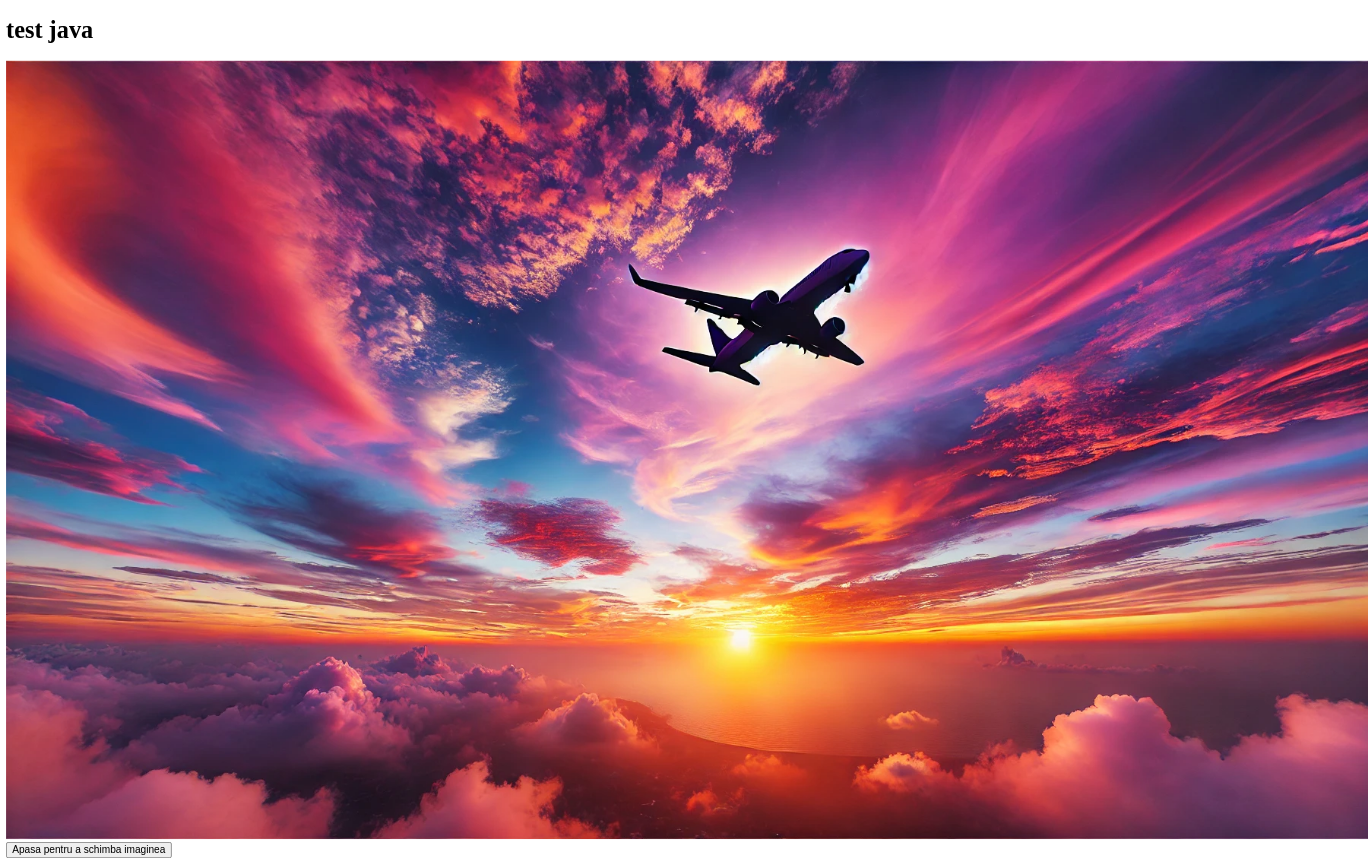
Repository: Parnicoza/testecomplete
Page: testcompletJS-1.html
The author's editor kept a copy of each file at every save. The page is drawn from the files as they stood at one save, then again after the next save.
The browser window is 1280 px wide. The page is 1800 px wide, then 1280 px, so the pictures cover 1800 px, including what lies to the right of the window. The pictures show the whole page, at 76% of full size.

Above is the page before, as saved 2025-03-10 12:54:31.

After the next save:
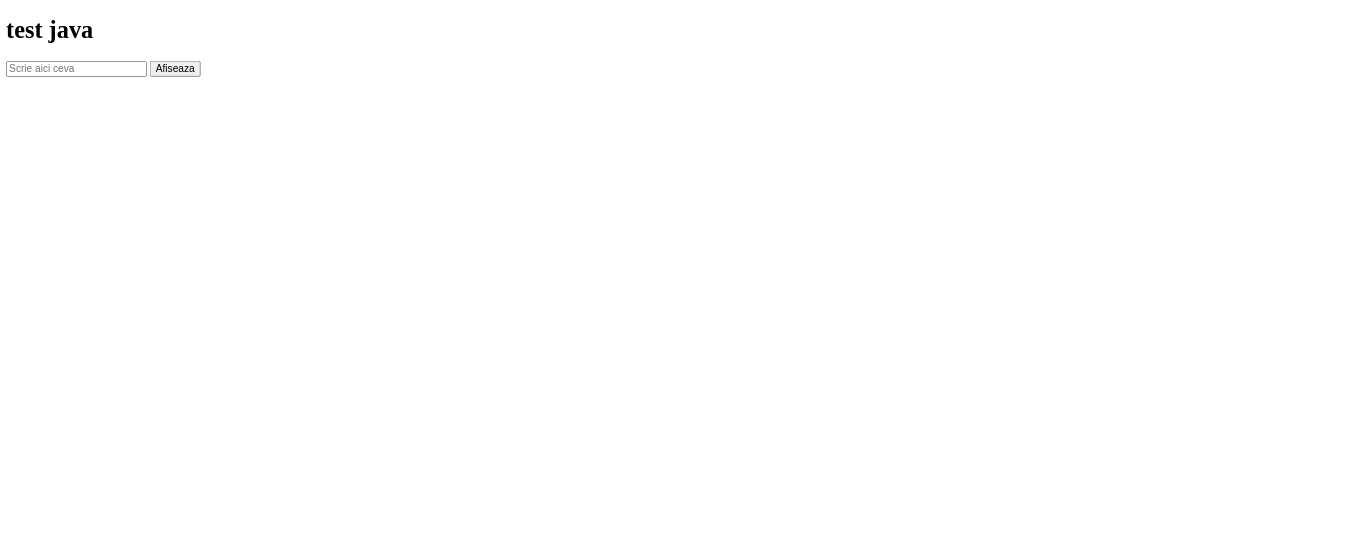
Saved 1 s later.
--- a/testcompletJS-1.html
+++ b/testcompletJS-1.html
@@ -7,8 +7,10 @@
 <body>
     <h1>test java</h1>
 
-    <img id="image" src="imaginitestecomplete/airplain.jpg">
-    <button onclick="schimbaimaginea()">Apasa pentru a schimba imaginea</button>
+    <input type="text" id="input" placeholder="Scrie aici ceva">
+    <button onclick="afiseazatext()">Afiseaza</button>
+
+    <p id="afisare"></p>
     <script src="java.js"></script>
 </body>
 </html>
